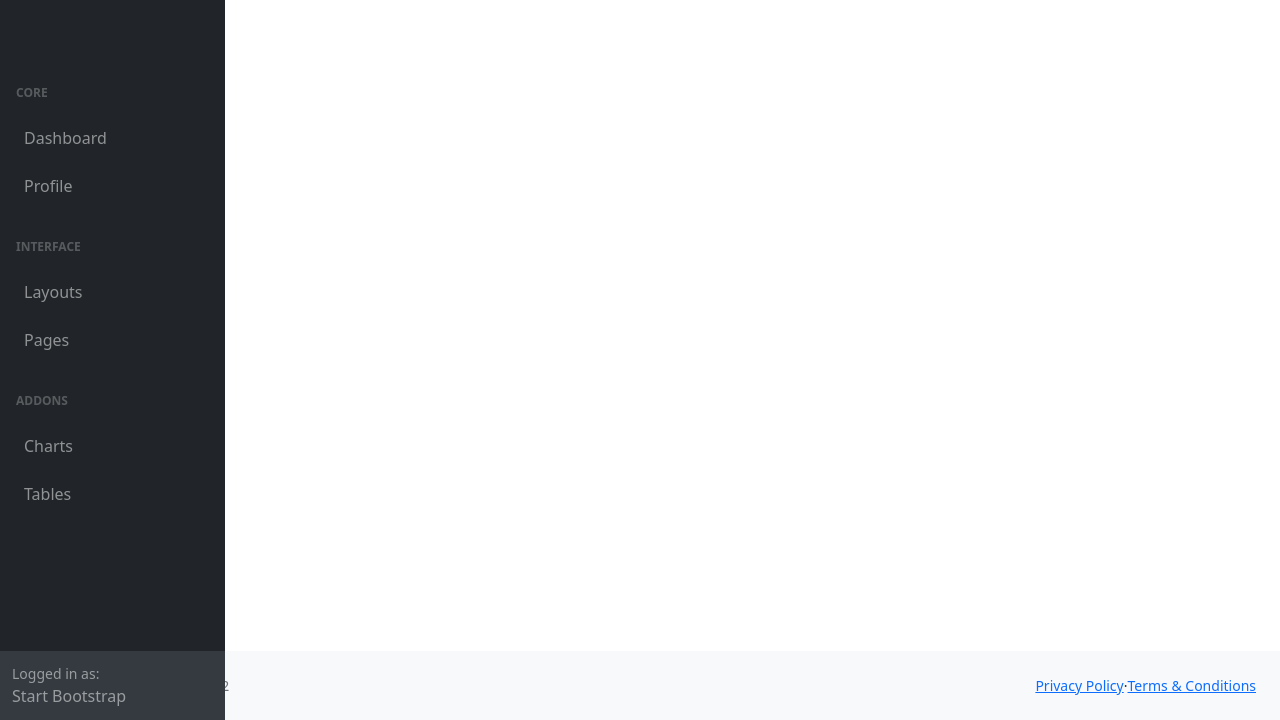
Repository: HungQuan/React-JS-Ecommerce-with-Laravel-API-
Page: /admin
These files come from the project's save history. The page is drawn as it stood at one moment and after the next save; the edit follows.
The browser window is 1280 px wide. The pictures show the whole page.
The project was rebuilt for these pictures with package versions that can differ from the ones it lists, and the page was loaded fresh each time. Also part of the build but not shown: src/components/admin/Dashboard.js, src/components/admin/Profile.js.

Above is the page before, as saved 2022-11-20 21:56:21.

After the next save:
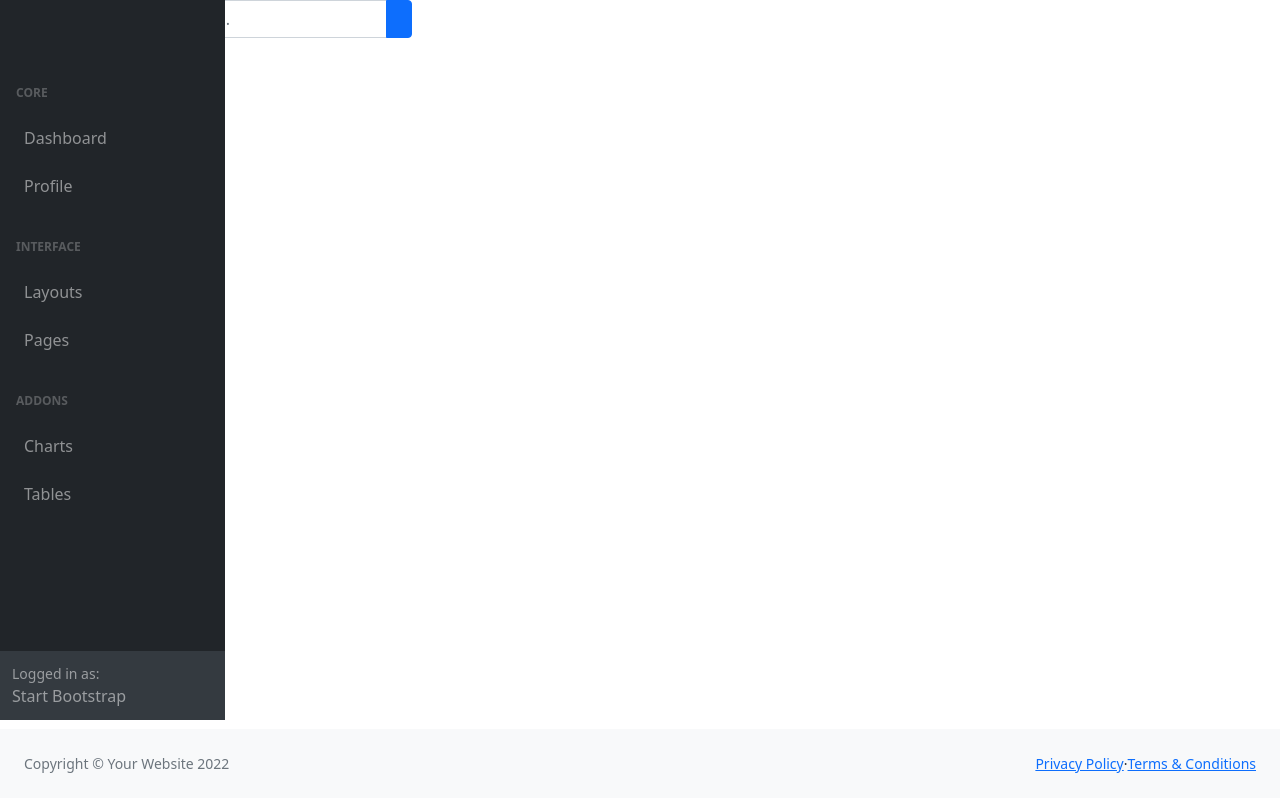
Saved 60 s later.
--- a/src/layouts/admin/Navbar.js
+++ b/src/layouts/admin/Navbar.js
@@ -1,7 +1,9 @@
 import React from 'react';
 import {Link} from 'react-router-dom'
 
-const Navbar = () =>{
+const Navbar = () => {
+
+    return(
     <nav classNameName="sb-topnav navbar navbar-expand navbar-dark bg-dark">
 
     <a classNameName="navbar-brand ps-3" to="/admin">Start Bootstrap</a>
@@ -30,6 +32,7 @@
         </li>
     </ul>
 </nav>
+    );
 }
 
 export default Navbar;

After the save that followed:
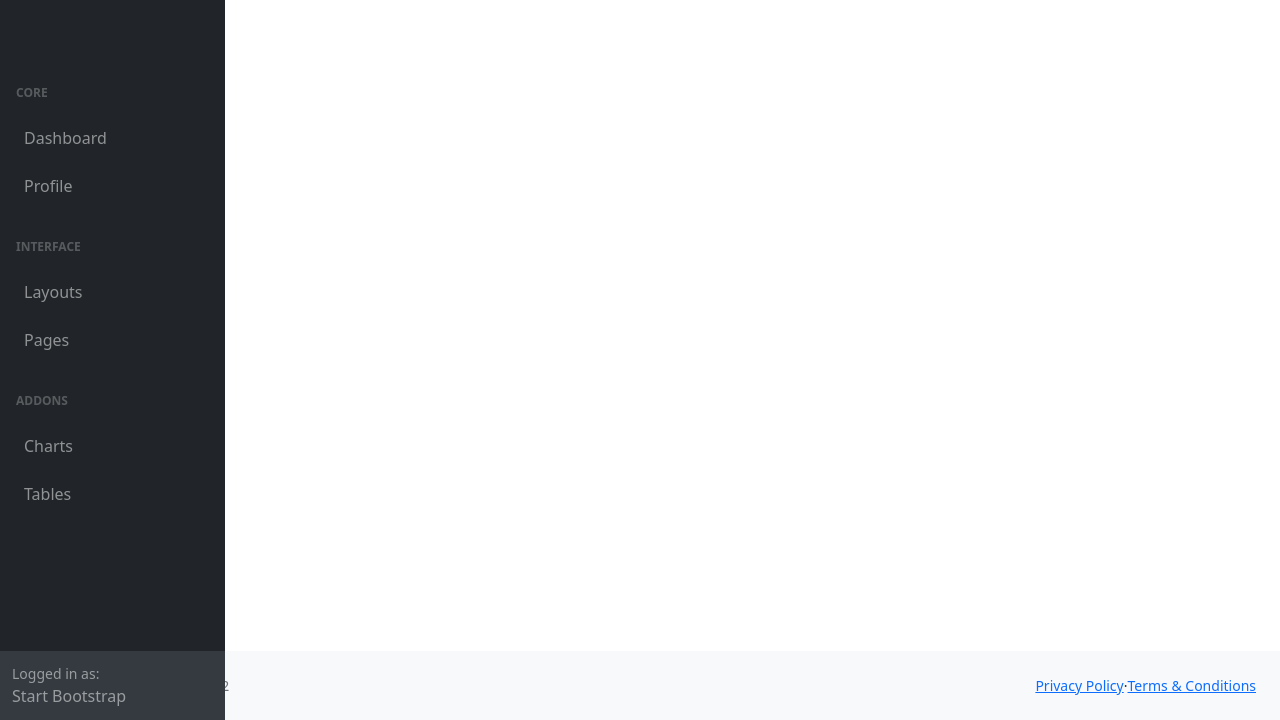
Saved 25 s later.
--- a/src/layouts/admin/Navbar.js
+++ b/src/layouts/admin/Navbar.js
@@ -3,7 +3,6 @@
 
 const Navbar = () => {
 
-    return(
     <nav classNameName="sb-topnav navbar navbar-expand navbar-dark bg-dark">
 
     <a classNameName="navbar-brand ps-3" to="/admin">Start Bootstrap</a>
@@ -32,7 +31,6 @@
         </li>
     </ul>
 </nav>
-    );
 }
 
 export default Navbar;
